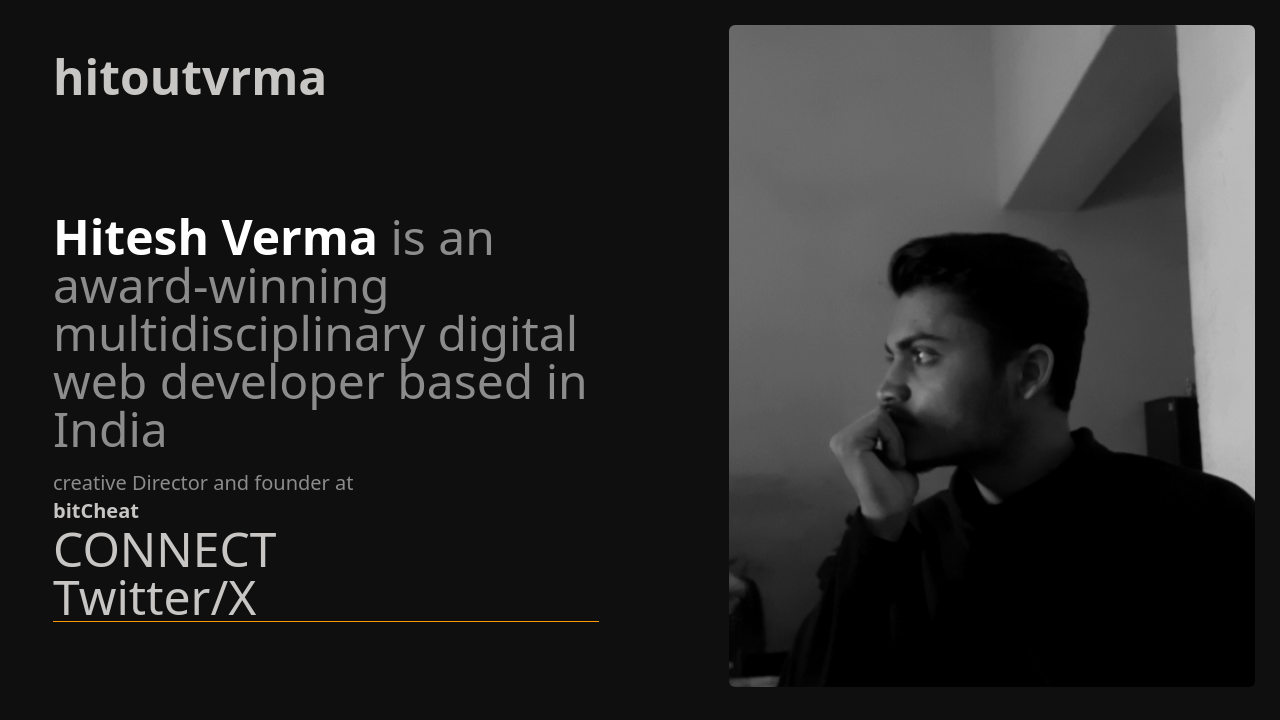
Repository: hitoutvrma/portfolio
Page: /
These files come from the project's save history. The page is drawn as it stood at one moment and after the next save; the edit follows.
The browser window is 1280 px wide. The pictures show the whole page.
The project was rebuilt for these pictures with package versions that can differ from the ones it lists, and the page was loaded fresh each time. Also part of the build but not shown: vite.config.js.

Above is the page before, as saved 2025-03-07 01:11:31.

After the next save:
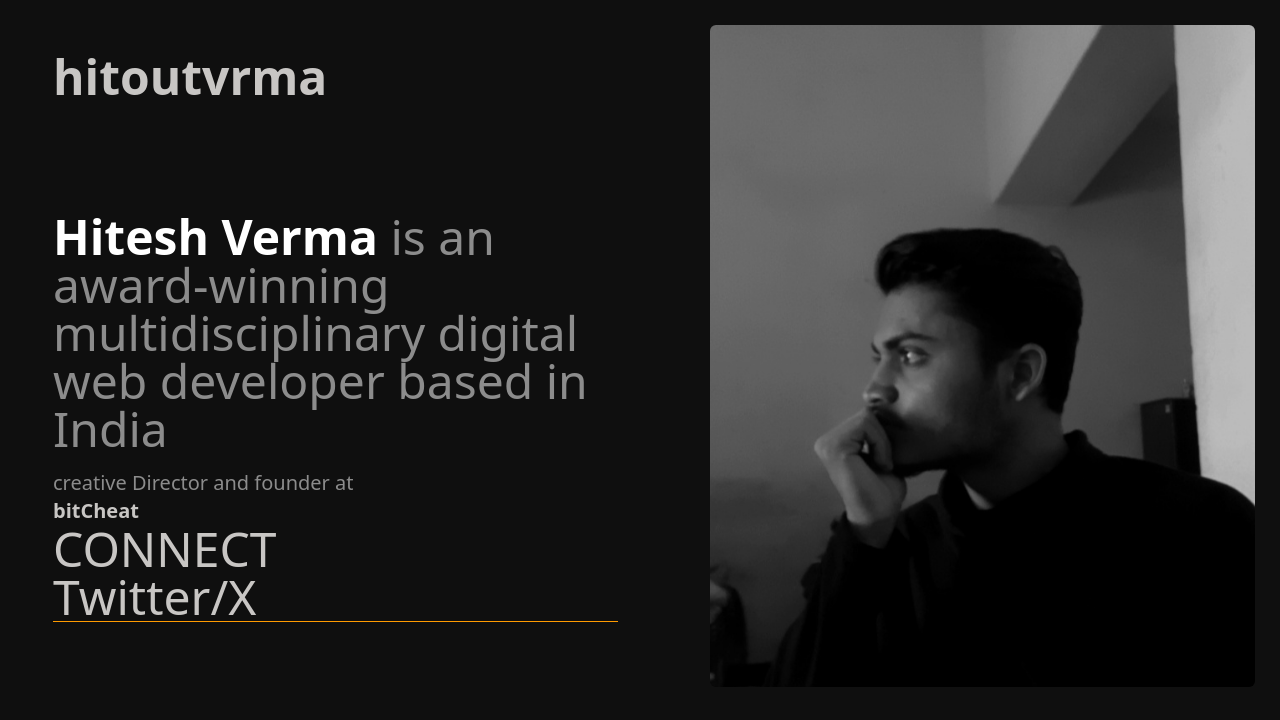
Saved 10 s later.
--- a/src/App.jsx
+++ b/src/App.jsx
@@ -18,7 +18,7 @@ function App() {
           <div className='w-full h-[0.1vh] bg-amber-500'></div>
         </div>
         </div>
-        <div style={{ backgroundImage: "url('/user.jpg')" }} className='sm:ml-[8vw] bg-cover bg-center w-[43vw] h-[92vh]  bg-[#3a3a3a] rounded-md'>
+        <div style={{ backgroundImage: "url('/user.jpg')" }} className='sm:ml-[5vw] bg-cover bg-center w-[43vw] h-[92vh]  bg-[#3a3a3a] rounded-md'>
         </div>
       </div>
 
